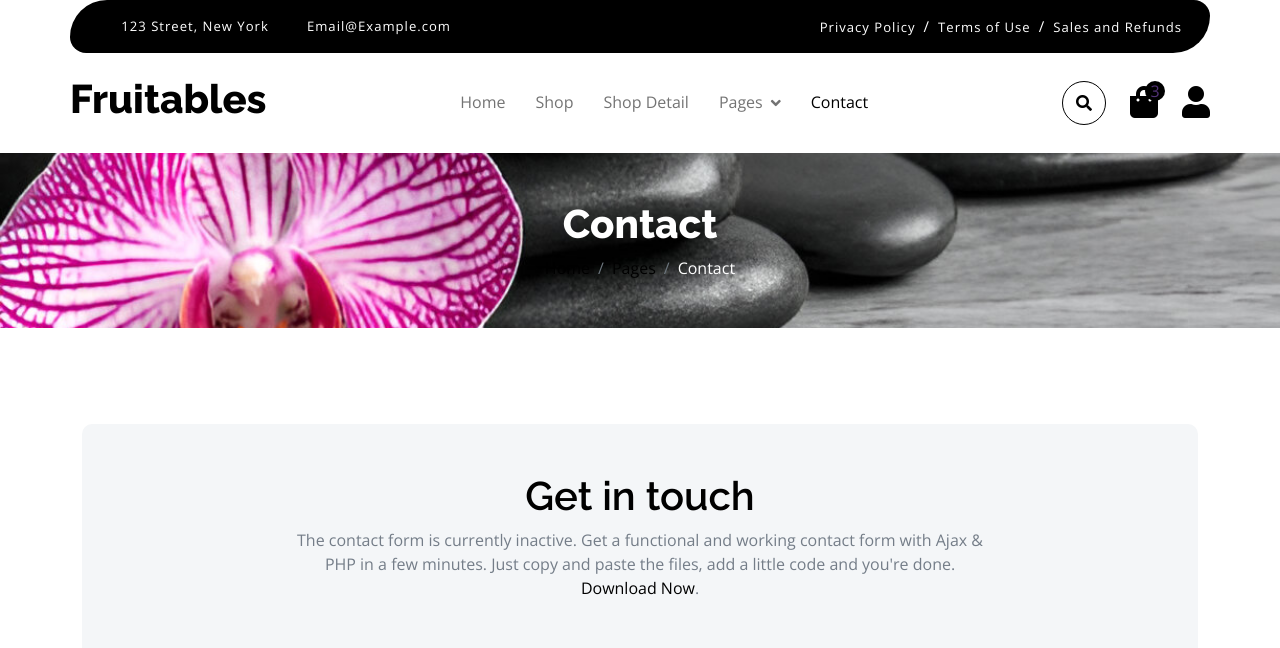
Repository: ChristhurasaRoshan/Maxiyux-New
Page: contact.html
The author's editor kept a copy of each file at every save. The page is drawn from the files as they stood at one save, then again after the next save.
The browser window is 1280 px wide. The pictures show the part of the page from y = 0 to 648 px (the page is 2291 px tall).
Pictures or frames that could not be fetched are drawn as grey boxes. Some web libraries are served in a nearby version.

Above is the page before, as saved 2024-10-07 13:43:29.

After the next save:
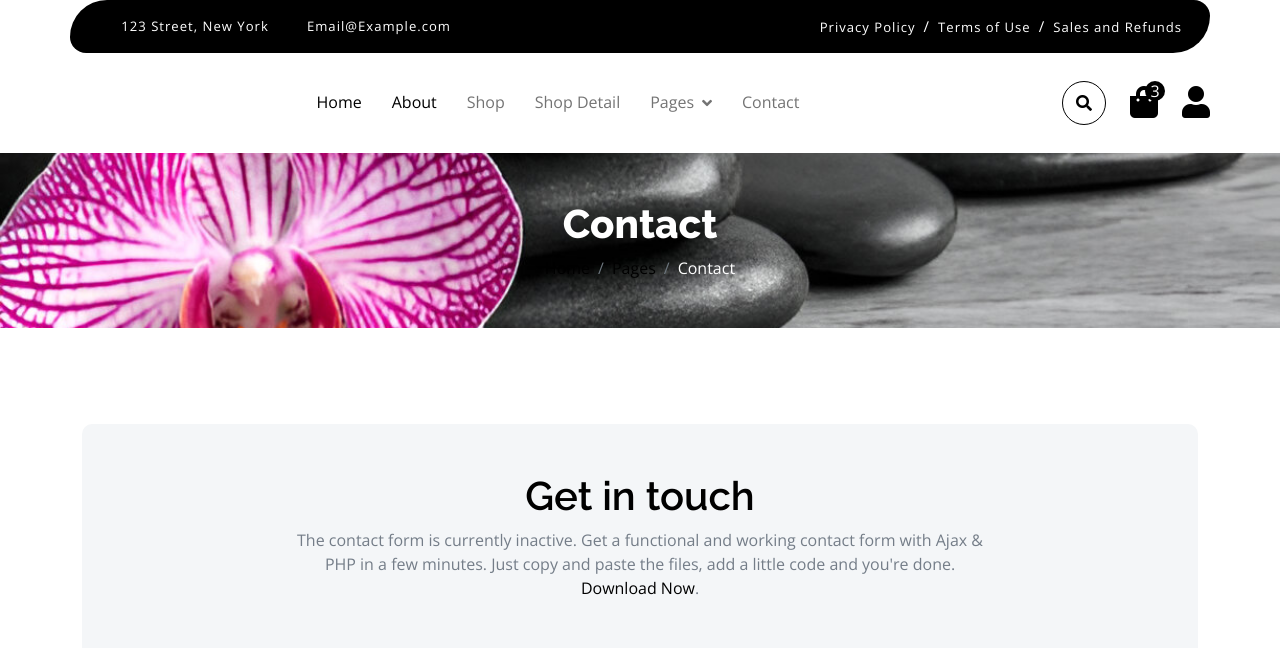
Saved 8 s later.
--- a/contact.html
+++ b/contact.html
@@ -55,13 +55,14 @@
             </div>
             <div class="container px-0">
                 <nav class="navbar navbar-light bg-white navbar-expand-xl">
-                    <a href="index.html" class="navbar-brand"><h1 class="text-primary display-6">Fruitables</h1></a>
+                    <!-- <img src="img/logo.png"> -->
                     <button class="navbar-toggler py-2 px-3" type="button" data-bs-toggle="collapse" data-bs-target="#navbarCollapse">
                         <span class="fa fa-bars text-primary"></span>
                     </button>
                     <div class="collapse navbar-collapse bg-white" id="navbarCollapse">
                         <div class="navbar-nav mx-auto">
-                            <a href="index.html" class="nav-item nav-link">Home</a>
+                            <a href="index.html" class="nav-item nav-link active">Home</a>
+                            <a href="about.html" class="nav-item nav-link active">About</a>
                             <a href="shop.html" class="nav-item nav-link">Shop</a>
                             <a href="shop-detail.html" class="nav-item nav-link">Shop Detail</a>
                             <div class="nav-item dropdown">
@@ -70,16 +71,16 @@
                                     <a href="cart.html" class="dropdown-item">Cart</a>
                                     <a href="chackout.html" class="dropdown-item">Chackout</a>
                                     <a href="testimonial.html" class="dropdown-item">Testimonial</a>
-                                    <a href="404.html" class="dropdown-item">404 Page</a>
-                                </div>
-                            </div>
-                            <a href="contact.html" class="nav-item nav-link active">Contact</a>
+                                    <!-- <a href="404.html" class="dropdown-item">404 Page</a> -->
+                                </div>
+                            </div>
+                            <a href="contact.html" class="nav-item nav-link">Contact</a>
                         </div>
                         <div class="d-flex m-3 me-0">
                             <button class="btn-search btn border border-secondary btn-md-square rounded-circle bg-white me-4" data-bs-toggle="modal" data-bs-target="#searchModal"><i class="fas fa-search text-primary"></i></button>
                             <a href="#" class="position-relative me-4 my-auto">
                                 <i class="fa fa-shopping-bag fa-2x"></i>
-                                <span class="position-absolute bg-secondary rounded-circle d-flex align-items-center justify-content-center text-dark px-1" style="top: -5px; left: 15px; height: 20px; min-width: 20px;">3</span>
+                                <span class="position-absolute bg-secondary rounded-circle d-flex align-items-center justify-content-center text-white px-1" style="top: -5px; left: 15px; height: 20px; min-width: 20px;">3</span>
                             </a>
                             <a href="#" class="my-auto">
                                 <i class="fas fa-user fa-2x"></i>
